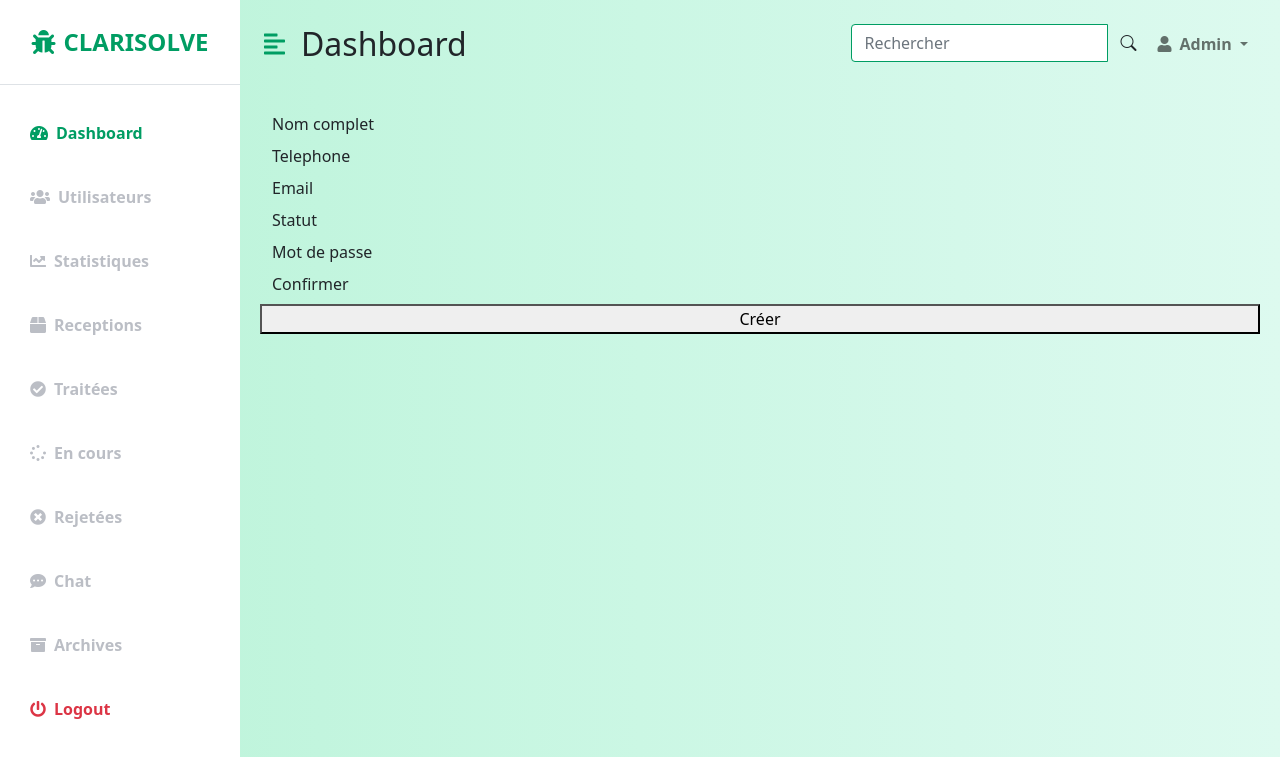
Repository: Senare1/PlaintEasy
Page: accounts/templates/accounts/signup_user.html
These files come from the project's save history. The page is drawn as it stood at one moment and after the next save; the edit follows.
The browser window is 1280 px wide. The pictures show the whole page.
The template is drawn by Django 4.2. The application's start-up code is not run. The template is opened directly, without the code that normally fills it, so the values that code supplies are empty.

Above is the page before, as saved 2024-07-31 05:22:38.

After the next save:
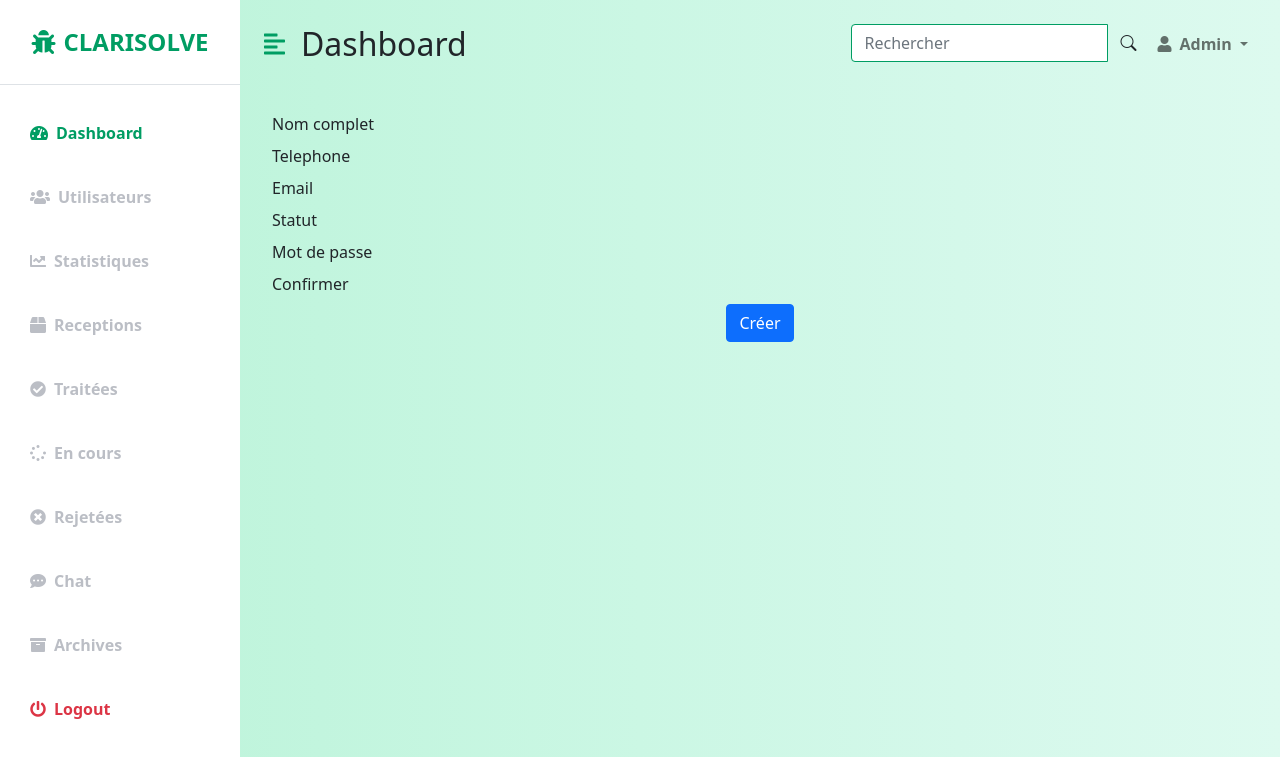
Saved 6 min 48 s later.
--- a/accounts/templates/accounts/signup_user.html
+++ b/accounts/templates/accounts/signup_user.html
@@ -57,8 +57,10 @@
                     {{ form.password2 }}
                 </div>
             </div>
-            <div class="row align-items-end">
-                <button type="submit">Créer</button>
+            <div class="row align-items-end justify-content-center">
+                <div class="col-auto">
+                    <button type="submit" class="btn btn-primary">Créer</button>
+                </div>
             </div>
         </div>
     </form>
